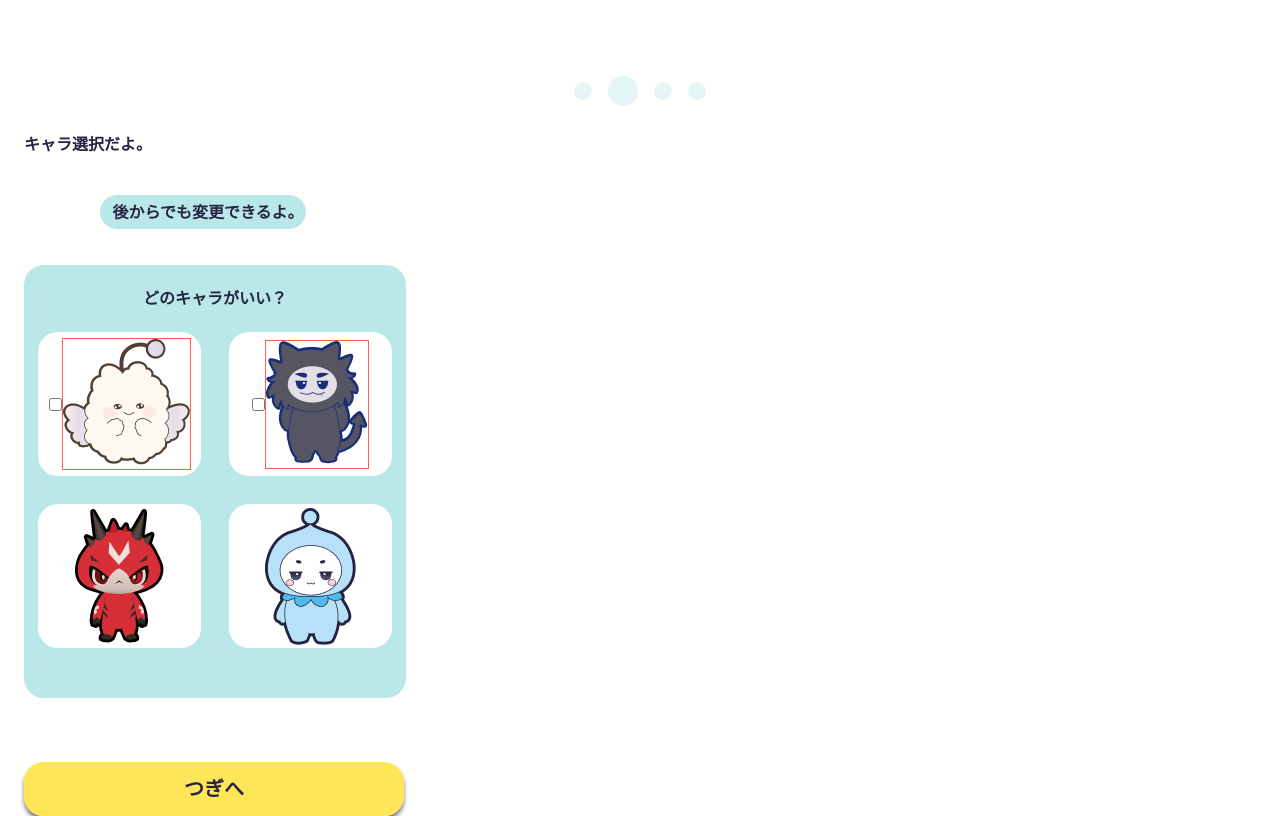
Repository: misaki0919/Self-care
Page: character.html
An editor plug-in stored every save of this project. The page is shown before and after the next save, followed by the edit.
The browser window is 1280 px wide. The pictures show the whole page.
Some web fonts or font styles are not loaded; a fallback is used.

Above is the page before, as saved 2026-07-19 09:57:28.

### character.html
<!DOCTYPE html>
<html lang="jp">
<head>
    <meta charset="UTF-8">
    <meta name="viewport" content="width=device-width, initial-scale=1.0">
    <title>キャラクター選択</title>
    <link rel="stylesheet" href="css/ress.css">
    <link href="css/character.css" rel="stylesheet">
    <link rel="preconnect" href="https://fonts.googleapis.com">
    <link rel="preconnect" href="https://fonts.gstatic.com" crossorigin>
    <link href="https://fonts.googleapis.com/css2?family=Archivo+Black&family=Noto+Serif+JP:wght@200..900&family=Zen+Maru+Gothic&display=swap" rel="stylesheet">

</head>
<body>
    <div class="circle_wrap">
        <div class="circle"></div>
        <div class="diffrent_circle"></div>
        <div class="circle"></div>
        <div class="circle"></div>
    </div>
    <p class="character zen-maru-gothic-regular">キャラ選択だよ。</p>
    <p class="change zen-maru-gothic-regular">後からでも変更できるよ。</p>
    <div class="wrap">
        <p class="which-character zen-maru-gothic-regular">どのキャラがいい？</p>
        <!-- <div class="images_wrap"> -->
            <ul>
                <li>
                    <input type="checkbox" id="chara1">
                    <label for="chara1">
                        <img class="character_1" src="images/sowan.png" alt="ソワン">
                    </label>
                </li>
                <li>
                    <input type="checkbox" id="chara2">
                    <label for="chara2">
                        <img class="character_1" src="images/nowa-ru.png" alt="ノワール">
                    </label>
                </li>
                <li><img class="character_1" src="images/ru-jyu.png" alt="ルージュ"></li>
                <li><img class="character_1" src="images/kure-ru.png" alt="クレール"></li>
            </ul>
        <!-- </div> -->
    </div>


    <a href="support.html" class="next zen-maru-gothic-regular">つぎへ</a>


</body>
</html>

### css/ress.css
html{-webkit-text-size-adjust:100%;box-sizing:border-box;-moz-tab-size:4;tab-size:4;word-break:normal}*,:after,:before{background-repeat:no-repeat;box-sizing:inherit}:after,:before{text-decoration:inherit;vertical-align:inherit}*{margin:0;padding:0}hr{color:inherit;height:0;overflow:visible}details,main{display:block}summary{display:list-item}small{font-size:80%}[hidden]{display:none}abbr[title]{border-bottom:none;text-decoration:underline;text-decoration:underline dotted}a{background-color:transparent}a:active,a:hover{outline-width:0}code,kbd,pre,samp{font-family:monospace,monospace}pre{font-size:1em}b,strong{font-weight:bolder}sub,sup{font-size:75%;line-height:0;position:relative;vertical-align:baseline}sub{bottom:-.25em}sup{top:-.5em}table{border-color:inherit;text-indent:0}iframe{border-style:none}input{border-radius:0}[type=number]::-webkit-inner-spin-button,[type=number]::-webkit-outer-spin-button{height:auto}[type=search]{-webkit-appearance:textfield;outline-offset:-2px}[type=search]::-webkit-search-decoration{-webkit-appearance:none}textarea{overflow:auto;resize:vertical}button,input,optgroup,select,textarea{font:inherit}optgroup{font-weight:700}button{overflow:visible}button,select{text-transform:none}[role=button],[type=button],[type=reset],[type=submit],button{cursor:pointer}[type=button]::-moz-focus-inner,[type=reset]::-moz-focus-inner,[type=submit]::-moz-focus-inner,button::-moz-focus-inner{border-style:none;padding:0}[type=button]::-moz-focus-inner,[type=reset]::-moz-focus-inner,[type=submit]::-moz-focus-inner,button:-moz-focusring{outline:1px dotted ButtonText}[type=reset],[type=submit],button,html [type=button]{-webkit-appearance:button}button,input,select,textarea{background-color:transparent;border-style:none}a:focus,button:focus,input:focus,select:focus,textarea:focus{outline-width:0}select{-moz-appearance:none;-webkit-appearance:none}select::-ms-expand{display:none}select::-ms-value{color:currentColor}legend{border:0;color:inherit;display:table;max-width:100%;white-space:normal}::-webkit-file-upload-button{-webkit-appearance:button;color:inherit;font:inherit}[disabled]{cursor:default}img{border-style:none}progress{vertical-align:baseline}[aria-busy=true]{cursor:progress}[aria-controls]{cursor:pointer}[aria-disabled=true]{cursor:default}

### css/character.css
body{
    background-color: #FFFFFE;
    color: #272343;
    /* padding-left: 24px;
    padding-right: 24px; */
}
.zen-maru-gothic-regular {
    font-family: "Zen Maru Gothic", sans-serif;
    font-weight: 600;
    font-style: normal;
}
.circle_wrap{
    display: flex;
    justify-content: center;
    margin-top: 76px;
    gap: 16px;
    align-items: center;
    .diffrent_circle{
        width: 30px;
        height: 30px;
        background-color: #E3F6F5;
        border-radius: 50%;

    }
    .circle{
        width: 18px;
        height: 18px;
        background-color: #E3F6F5;
        border-radius: 50%;
        text-align: center;

    }
}
.character{
    font-size: 16px;
    /* background-color: tomato; */
    margin-top: 25px;
    margin-left: 24px;
}
.change{
    font-size: 16px;
    margin-top: 40px;
    text-align: center;
    background-color: #BAE8E8;
    width: 206px;
    height: 34px;
    border-radius: 20px;
    padding-top: 4px;
    padding-left: 10px;
    margin-left: 100px;
    margin-bottom: 36px;
}
.wrap{
    background-color: #BAE8E8;
    border-radius: 20px;
    width: 382px;
    padding: 0 14px;
    margin-left: 24px;
    margin-right: 24px;
    padding-bottom: 50px;
    margin-bottom: 75px;
    .which-character{
        text-align: center;
        /* background-color: tomato; */
        padding-top: 20px;
        padding-bottom: 23px;
    }
    ul{
        /* background-color: tomato; */
        display: flex;
        justify-content: space-between;
        flex-wrap: wrap;
        padding:0;
        gap: 28px;
        li{

            display: flex;
            justify-content: center;
            align-items: center;
            border-radius: 20px;
            margin: 0;
            list-style: none;
            width:163px;
            height: 144px;
            background-color: #FFFFFF;
            img{
                flex-shrink: 0;
            }

        }
        input[type="checkbox"] + label{
            border: solid 1px tomato;
        }
        input[type="checkbox"]:checked + label{
            border: solid 1px skyblue;
        }

    }
    /* .images_wrap{
        display: flex;
        /* background-color: tomato; */
        /* justify-content: space-between;
        flex-wrap: wrap; */
        /* gap: 26px;
        padding: 0 14px 14px; */
        /* margin-bottom: 30px; */
        /* .character_1{
            background-color: #FFFFFF;
            border-radius: 20px;
            padding: 10px 10px;
        } */
    }

.next{
    margin-left: 24px;
    font-size: 20px;
    background-color: #FFE558;
    border-radius: 20px;
    padding: 16px 160px;
    text-align: center;
    text-decoration: none;
    color: #272343;
    box-shadow: #7b7b7b 0px 4px 4px 0px;
}

After the next save:
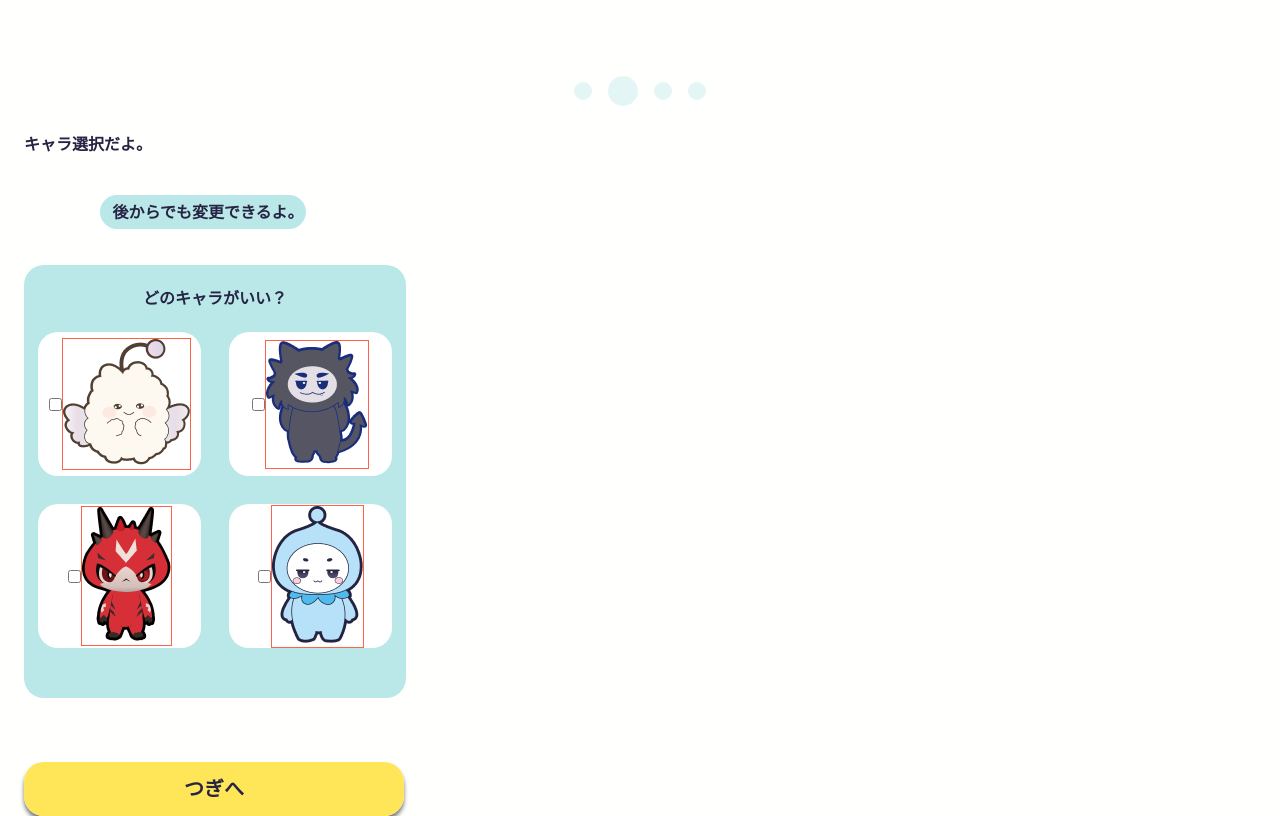
Saved 63 s later.
--- a/character.html
+++ b/character.html
@@ -36,8 +36,18 @@
                         <img class="character_1" src="images/nowa-ru.png" alt="ノワール">
                     </label>
                 </li>
-                <li><img class="character_1" src="images/ru-jyu.png" alt="ルージュ"></li>
-                <li><img class="character_1" src="images/kure-ru.png" alt="クレール"></li>
+                <li>
+                    <input type="checkbox" id="chara3">
+                    <label for="chara3">
+                    <img class="character_1" src="images/ru-jyu.png" alt="ルージュ">
+                    </label>
+                </li>
+                <li>
+                    <input type="checkbox" id="chara4">
+                    <label for="chara4">
+                    <img class="character_1" src="images/kure-ru.png" alt="クレール">
+                    </label>
+                </li>
             </ul>
         <!-- </div> -->
     </div>
